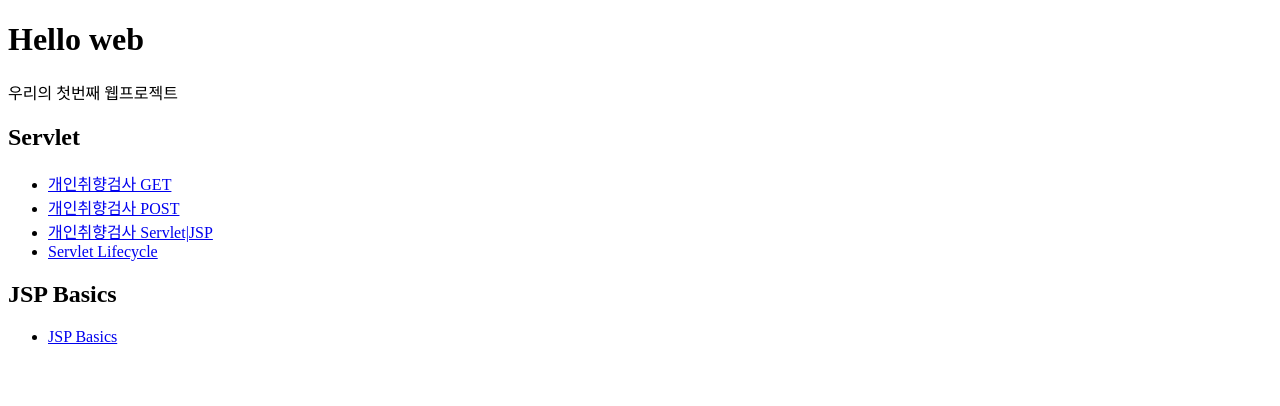
Repository: Sookyeong0505/web_server_workspace
Page: hello-web/src/main/webapp/index.html
These files come from the project's save history. The page is drawn as it stood at one moment and after the next save; the edit follows.
The browser window is 1280 px wide. The pictures show the whole page.

Above is the page before, as saved 2023-06-20 05:51:38.

After the next save:
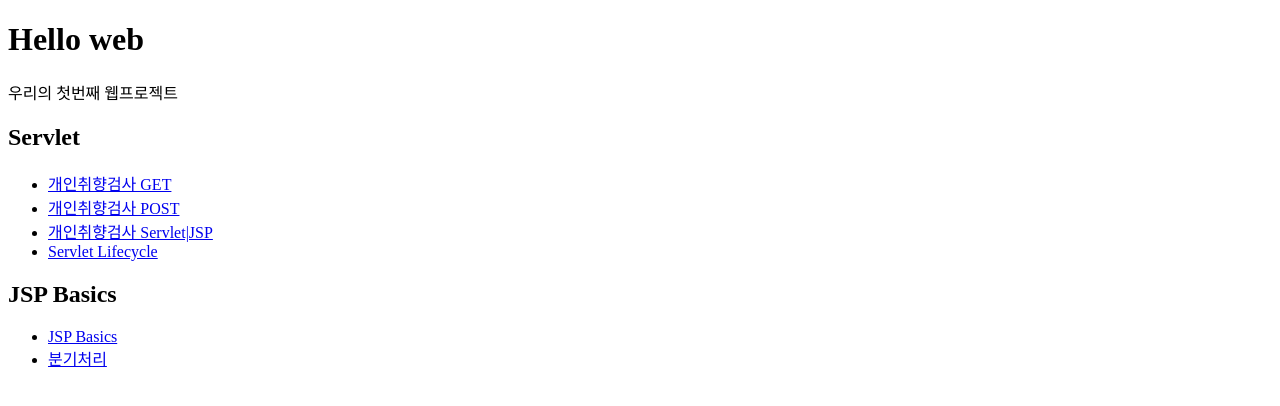
Saved 12 min 29 s later.
--- a/hello-web/src/main/webapp/index.html
+++ b/hello-web/src/main/webapp/index.html
@@ -19,6 +19,7 @@
 	<h2>JSP Basics</h2>
 	<ul>
 		<li><a href="/web/jsp/basics.jsp">JSP Basics</a></li>
+		<li><a href="/web/jsp/basics.jsp">분기처리</a></li>
 	</ul>
 </body>
 </html>
